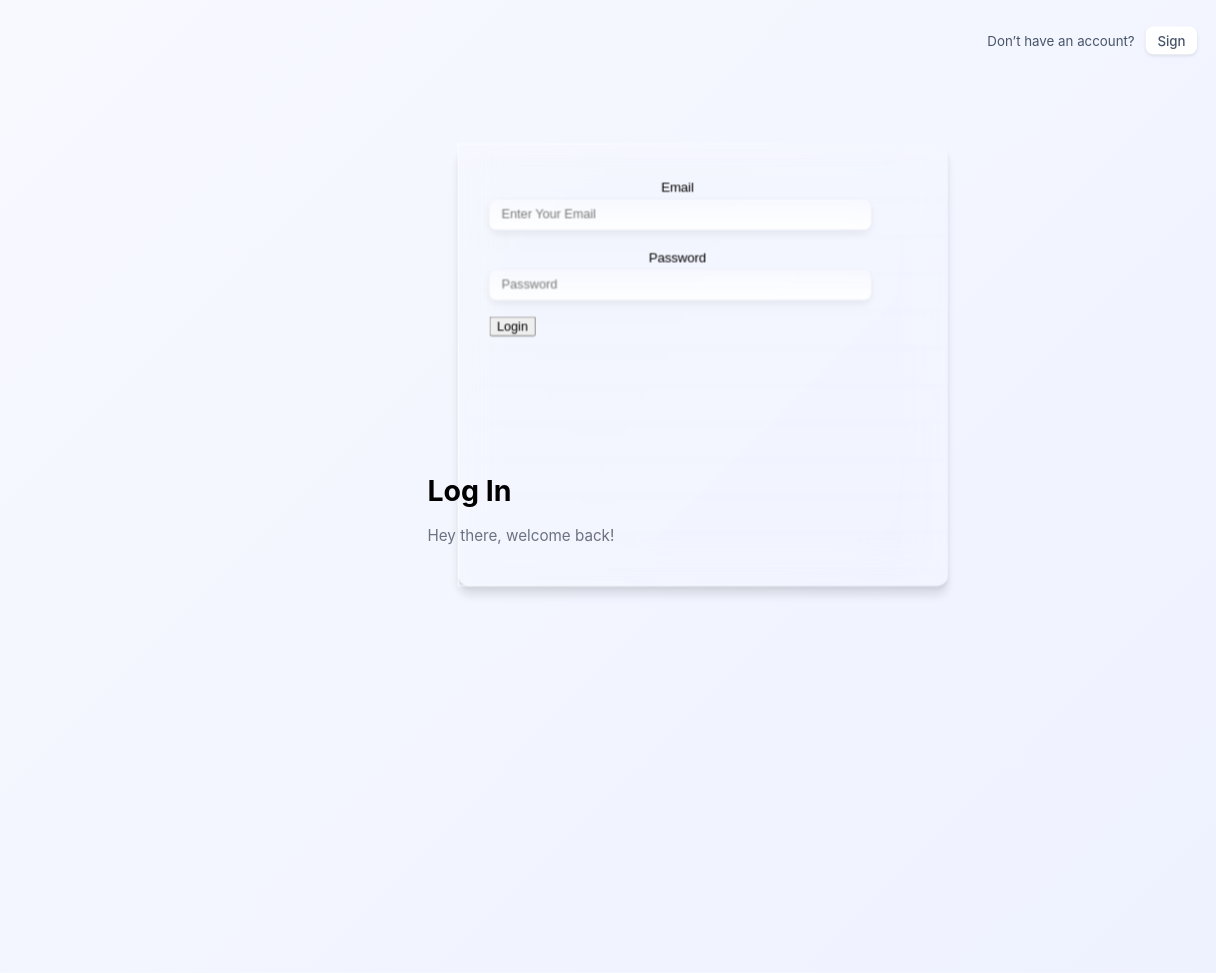
Repository: AfifaNoor/Admin_Panel-React-
Page: /
The author's editor kept a copy of each file at every save. The page is drawn from the files as they stood at one save, then again after the next save.
The browser window is 1280 px wide. The pictures show the whole page, at 95% of full size.
The project was rebuilt for these pictures with package versions that can differ from the ones it lists, and the page was loaded fresh each time. Also part of the build but not shown: src/SignUp.jsx.

Above is the page before, as saved 2025-07-10 16:29:02.

### src/App.js
import React from 'react'
import LoginPage from './LoginPage'
import { RouterProvider } from 'react-router-dom'
import Router from './Router'

const App = () => {
  return (
    <>
      {/* <RouterProvider router={Router}/> */}
      <LoginPage/>
    </>


  )
}

export default App

### src/LoginPage.jsx
import React, { useState } from 'react'
// import {Navigate, useNavigate} from 'react-router-dom';
import "./LoginPage.css"
import { ToastContainer, toast } from 'react-toastify';
import 'react-toastify/dist/ReactToastify.css';

const LoginPage = () => {
    const[email , setEmail]=useState('')
    const [password , setPassword] = useState('')
    // const navigate= useNavigate();

const handleSubmit =(e)=>{
    e.preventDefault();

 const hardcoreMail="login@gmail.com";
 const hardcorePassword = '1234567'

    if (email=== hardcoreMail && password === hardcorePassword){
        alert("Login Successfull")

    }else{
        alert("Invalid Credential")
    }

}



  return (
 <div className="login-container">

      <div className="signup-redirect">
        <p>
          Don’t have an account?{' '}
          {/* <span className="signup-link" onClick={() => navigate('/sign-up')}> */}
            {/* Sign Up */}
          {/* </span> */}
          <span className="signup-link" >
            Sign
          </span>
        </p>
      </div>

      <div className="title">
        <h1>Log In</h1>
        <p>Hey there, welcome back!</p>
      </div>

    <div>



    </div>

      <form className="login-form" onSubmit={handleSubmit}>
      <label className='form-label'>Email</label>
        <input
          type="email"
          className="form-input"
          value={email}
          placeholder="Enter Your Email"
          onChange={(e) => setEmail(e.target.value)}
          required
        />

        <label className='form-label'>Password</label>
        <input
          type="password"
          className="form-input"
          placeholder="Password"
          value={password}
          onChange={(e) => setPassword(e.target.value)}
          required
        />

        <button className="login-btn" type="submit">
          Login
        </button>

        {/* <ToastContainer /> */}
      </form>
    </div>
  );
}

export default LoginPage

### src/Router.jsx
import React from 'react';
import { createBrowserRouter , createRoutesFromElements , Route } from 'react-router-dom';
import LoginPage from './LoginPage';
import SignUp from './SignUp';

const Router = createBrowserRouter(
  createRoutesFromElements(
    <>

      <Route path='/sign-up' element={<SignUp/>}/>
      <Route path='login-page' element={<LoginPage/>}/>
    </>
  )
)

export default Router;

### src/LoginPage.css
.login-container {
  width: 100%;
  height: 1024px;
  /* background: #FFFFFF; */
  opacity: 1;
  transform: rotate(0deg);
  display: flex;
  justify-content: center;
  align-items: center;
  background: linear-gradient(135deg, #f8f9ff, #eef2ff);
  flex-direction: column;
  /* font-family: 'Inter','sans-serif'; */
  position: relative;


}
.signup-redirect {
  position: absolute;
  top: 20px;
  right: 20px;
  font-size: 14px;
  color: #475569;
}

.signup-link {
  background: #ffffff;
  border-radius: 8px;
  padding: 6px 12px;
  margin-left: 8px;
  box-shadow: 0 2px 4px rgba(0,0,0,0.1);
  cursor: pointer;
  font-weight: 500;
  transition: all 0.3s ease;
}

.signup-link:hover {
  background: #f0f0f0;
}


.title{
  z-index: 3;
  width: 380px;
  height: 72px;
  opacity: 1;
  gap: 10px;

}

.title h1 {
width: 380px;
height: 40px;
font-family: 'Inter', sans-serif;
font-weight: 600px;
font-size: 30px;
line-height: 40px;
letter-spacing: -1%;
margin-bottom: 8px;
}

.title p{
  font-size: 16px;
  font-style: Inter;
  font-weight: 400px;
  font-style:normal;
  line-height: 22px;
  letter-spacing: -1%;
  color: rgba(107, 114, 128, 1);
  margin-bottom: 24px;

}

.login-form{
  width: 450px;
  height: 400px;
  position: absolute;
  top: 150.5px;
  left: 482px;
  border-radius: 12px;
  padding: 32px;
  gap: 10px;
  opacity: 1;
  flex-direction: column;

  z-index: 2;

  background: linear-gradient(180deg, rgba(255, 255, 255, 0) -9.58%, rgba(255, 255, 255, 0.052) 100%);
  border: 1px solid transparent;
  border-image-source: linear-gradient(93.78deg, #FFFFFF 8.04%, rgba(255, 255, 255, 0) 100%);
  border-image-slice: 1;


-webkit-backdrop-filter: blur(20px);
backdrop-filter: blur(20px);

box-shadow:
  0px 10px 10px 0px rgba(0, 0, 0, 0.10),
  0px 4px 4px 0px rgba(0, 0, 0, 0.05),
  0px 1px 0px 0px rgba(0, 0, 0, 0.05),
  inset 0px 20px 50px 0px rgba(255, 255, 255, 0.15);

}

.form-label{
width: 380px;
height: 22px;
transform: rotate(0deg);
opacity: 1;
gap: 12px;
text-align: left;

font-family: 'Intern',sans-serif;
font-weight: 500px;
font-size: 14px;
line-height: 22px;
letter-spacing: -0.01em;

color:black;


border: none;
border-radius: 6px;
padding: 2px 8px;
cursor: pointer;
display: inline-flex;
/* align-items: left; */
justify-content: center;

}

.form-input{

 width: 380px;
  height: 20px;
  min-width: 140px;
  max-width: 500px;
  transform: rotate(0deg);
  opacity: 1;
  border-radius: 8px;
  border-width: 1px;
  padding: 5px 8px 5px 12px;
  gap: 8px;
  margin-bottom: 16px;

  background: linear-gradient(0deg, rgba(255, 255, 255, 0.9) 0%, rgba(255, 255, 255, 0.4) 100%);
  border: 1px solid transparent; /* fallback for border-image */

  border-image:
    linear-gradient(0deg, rgba(255, 255, 255, 0.1), rgba(255, 255, 255, 0.1)),
    linear-gradient(360deg, rgba(255, 255, 255, 0.5) 0%, rgba(255, 255, 255, 0) 100%);
  border-image-slice: 1;


  -webkit-backdrop-filter: blur(20px);
  backdrop-filter: blur(20px);
  box-shadow: 0 4px 10px rgba(0,0,0,0.08);
  cursor: pointer;
}

Loaded but not shown: public/index.html (common file); src/index.js (common file); src/index.css (common file); src/reportWebVitals.js (common file)

After the next save:
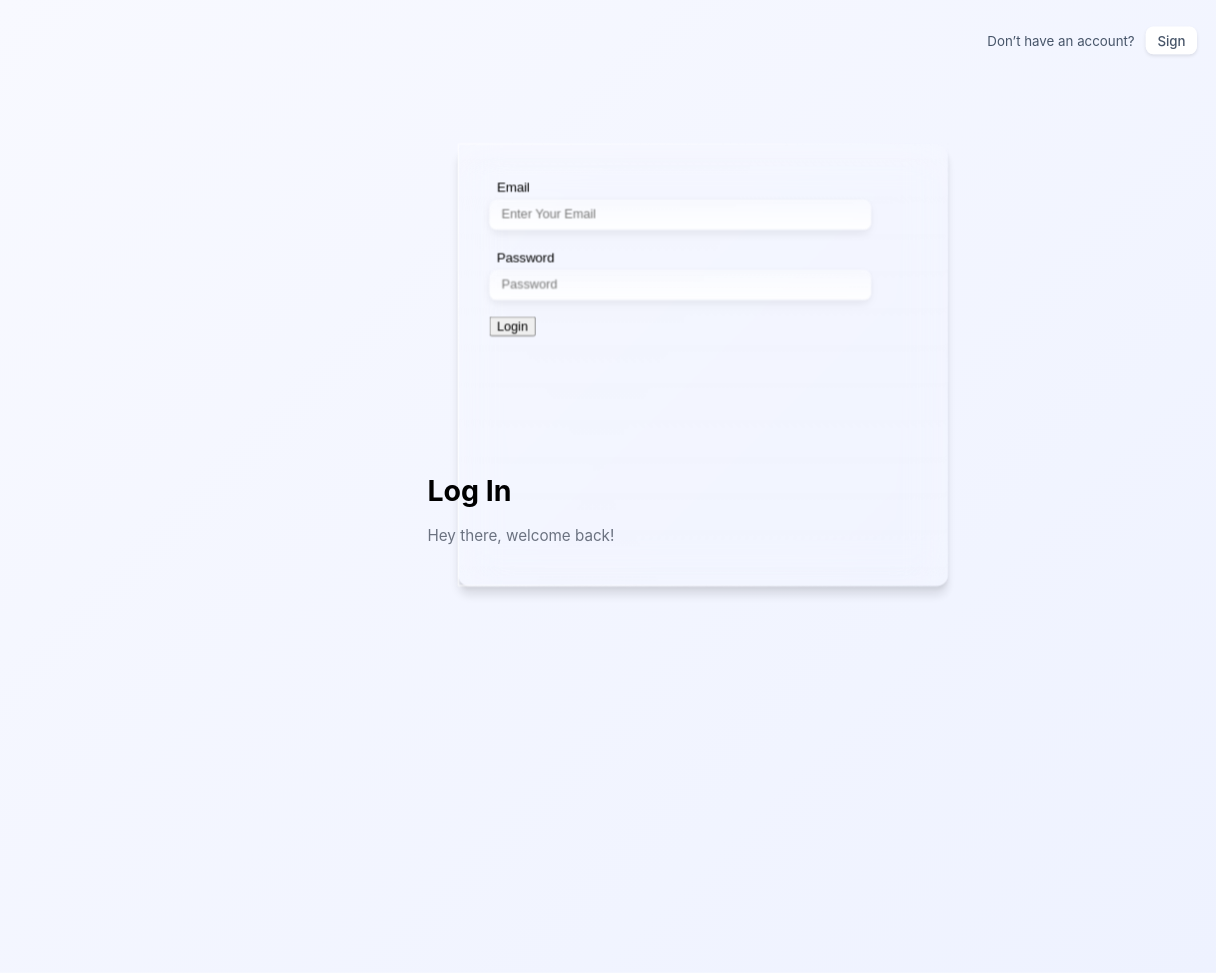
Saved 8 s later.
--- a/src/LoginPage.css
+++ b/src/LoginPage.css
@@ -123,8 +123,8 @@ border-radius: 6px;
 padding: 2px 8px;
 cursor: pointer;
 display: inline-flex;
-/* align-items: left; */
-justify-content: center;
+align-items: left;
+justify-content: left;
 
 }
 
